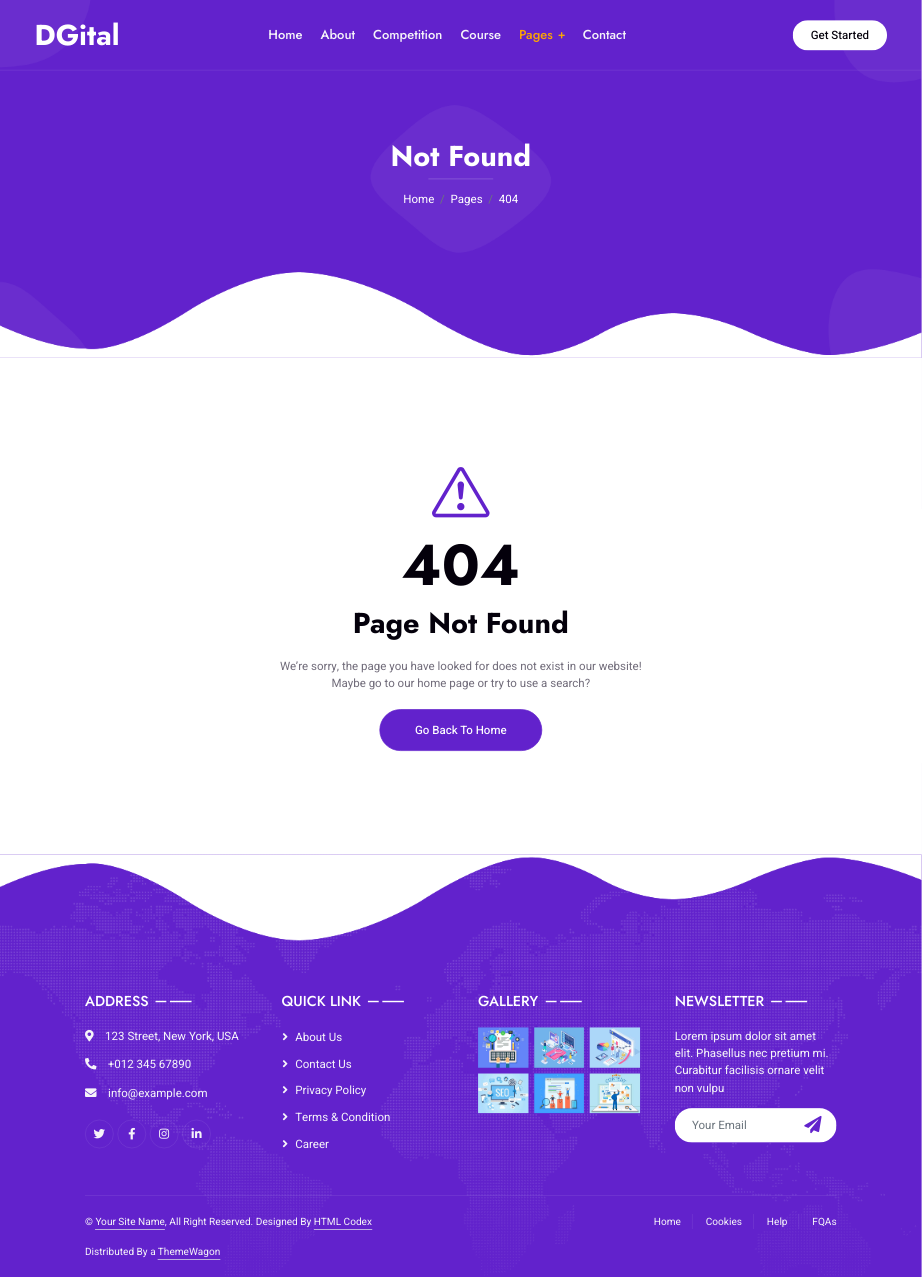
Repository: sabithaece/sab-006
Page: 404.html
An editor plug-in stored every save of this project. The page is shown before and after the next save, followed by the edit.
The browser window is 1280 px wide. The pictures show the whole page, at 72% of full size.
Some web libraries are served in a nearby version.

Above is the page before, as saved 2023-04-04 17:17:38.

### 404.html
<!DOCTYPE html>
<html lang="en">

<head>
    <meta charset="utf-8">
    <title>BigBodhi Academy HTML Template</title>
    <meta content="width=device-width, initial-scale=1.0" name="viewport">
    <meta content="" name="keywords">
    <meta content="" name="description">

    <!-- Favicon -->
    <link href="img/favicon.ico" rel="icon">

    <!-- Google Web Fonts -->
    <link rel="preconnect" href="https://fonts.googleapis.com">
    <link rel="preconnect" href="https://fonts.gstatic.com" crossorigin>
    <link href="https://fonts.googleapis.com/css2?family=Heebo:wght@400;500&family=Jost:wght@500;600;700&display=swap" rel="stylesheet">

    <!-- Icon Font Stylesheet -->
    <link href="https://cdnjs.cloudflare.com/ajax/libs/font-awesome/5.10.0/css/all.min.css" rel="stylesheet">
    <link href="https://cdn.jsdelivr.net/npm/bootstrap-icons@1.4.1/font/bootstrap-icons.css" rel="stylesheet">

    <!-- Libraries Stylesheet -->
    <link href="lib/animate/animate.min.css" rel="stylesheet">
    <link href="lib/owlcarousel/assets/owl.carousel.min.css" rel="stylesheet">
    <link href="lib/lightbox/css/lightbox.min.css" rel="stylesheet">

    <!-- Customized Bootstrap Stylesheet -->
    <link href="css/bootstrap.min.css" rel="stylesheet">

    <!-- Template Stylesheet -->
    <link href="css/style.css" rel="stylesheet">
</head>

<body>
    <div class="container-xxl bg-white p-0">
        <!-- Spinner Start -->
        <div id="spinner" class="show bg-white position-fixed translate-middle w-100 vh-100 top-50 start-50 d-flex align-items-center justify-content-center">
            <div class="spinner-grow text-primary" style="width: 3rem; height: 3rem;" role="status">
                <span class="sr-only">Loading...</span>
            </div>
        </div>
        <!-- Spinner End -->


        <!-- Navbar & Hero Start -->
        <div class="container-xxl position-relative p-0">
            <nav class="navbar navbar-expand-lg navbar-light px-4 px-lg-5 py-3 py-lg-0">
                <a href="" class="navbar-brand p-0">
                    <h1 class="m-0">DGital</h1>
                    <!-- <img src="img/logo.png" alt="Logo"> -->
                </a>
                <button class="navbar-toggler" type="button" data-bs-toggle="collapse" data-bs-target="#navbarCollapse">
                    <span class="fa fa-bars"></span>
                </button>
                <div class="collapse navbar-collapse" id="navbarCollapse">
                    <div class="navbar-nav mx-auto py-0">
                        <a href="index.html" class="nav-item nav-link">Home</a>
                        <a href="about.html" class="nav-item nav-link">About</a>
                        <a href="competition.html" class="nav-item nav-link">Competition</a>
                        <a href="course.html" class="nav-item nav-link">Course</a>
                        <div class="nav-item dropdown">
                            <a href="#" class="nav-link dropdown-toggle active" data-bs-toggle="dropdown">Pages</a>
                            <div class="dropdown-menu m-0">
                                <a href="team.html" class="dropdown-item">Our Team</a>
                                <a href="testimonial.html" class="dropdown-item">Testimonial</a>
                                <a href="404.html" class="dropdown-item active">404 Page</a>
                            </div>
                        </div>
                        <a href="contact.html" class="nav-item nav-link">Contact</a>
                    </div>
                    <a href="" class="btn rounded-pill py-2 px-4 ms-3 d-none d-lg-block">Get Started</a>
                </div>
            </nav>

            <div class="container-xxl py-5 bg-primary hero-header">
                <div class="container my-5 py-5 px-lg-5">
                    <div class="row g-5 py-5">
                        <div class="col-12 text-center">
                            <h1 class="text-white animated slideInDown">Not Found</h1>
                            <hr class="bg-white mx-auto mt-0" style="width: 90px;">
                            <nav aria-label="breadcrumb">
                                <ol class="breadcrumb justify-content-center">
                                    <li class="breadcrumb-item"><a class="text-white" href="#">Home</a></li>
                                    <li class="breadcrumb-item"><a class="text-white" href="#">Pages</a></li>
                                    <li class="breadcrumb-item text-white active" aria-current="page">404</li>
                                </ol>
                            </nav>
                        </div>
                    </div>
                </div>
            </div>
        </div>
        <!-- Navbar & Hero End -->


        <!-- 404 Start -->
        <div class="container-xxl py-5 wow fadeInUp" data-wow-delay="0.1s">
            <div class="container px-lg-5 text-center">
                <div class="row justify-content-center">
                    <div class="col-lg-6">
                        <i class="bi bi-exclamation-triangle display-1 text-primary"></i>
                        <h1 class="display-1">404</h1>
                        <h1 class="mb-4">Page Not Found</h1>
                        <p class="mb-4">We’re sorry, the page you have looked for does not exist in our website! Maybe go to our home page or try to use a search?</p>
                        <a class="btn btn-primary rounded-pill py-3 px-5" href="">Go Back To Home</a>
                    </div>
                </div>
            </div>
        </div>
        <!-- 404 End -->


        <!-- Footer Start -->
        <div class="container-fluid bg-primary text-light footer wow fadeIn" data-wow-delay="0.1s">
            <div class="container py-5 px-lg-5">
                <div class="row g-5">
                    <div class="col-md-6 col-lg-3">
                        <p class="section-title text-white h5 mb-4">Address<span></span></p>
                        <p><i class="fa fa-map-marker-alt me-3"></i>123 Street, New York, USA</p>
                        <p><i class="fa fa-phone-alt me-3"></i>+012 345 67890</p>
                        <p><i class="fa fa-envelope me-3"></i>info@example.com</p>
                        <div class="d-flex pt-2">
                            <a class="btn btn-outline-light btn-social" href=""><i class="fab fa-twitter"></i></a>
                            <a class="btn btn-outline-light btn-social" href=""><i class="fab fa-facebook-f"></i></a>
                            <a class="btn btn-outline-light btn-social" href=""><i class="fab fa-instagram"></i></a>
                            <a class="btn btn-outline-light btn-social" href=""><i class="fab fa-linkedin-in"></i></a>
                        </div>
                    </div>
                    <div class="col-md-6 col-lg-3">
                        <p class="section-title text-white h5 mb-4">Quick Link<span></span></p>
                        <a class="btn btn-link" href="">About Us</a>
                        <a class="btn btn-link" href="">Contact Us</a>
                        <a class="btn btn-link" href="">Privacy Policy</a>
                        <a class="btn btn-link" href="">Terms & Condition</a>
                        <a class="btn btn-link" href="">Career</a>
                    </div>
                    <div class="col-md-6 col-lg-3">
                        <p class="section-title text-white h5 mb-4">Gallery<span></span></p>
                        <div class="row g-2">
                            <div class="col-4">
                                <img class="img-fluid" src="img/portfolio-1.jpg" alt="Image">
                            </div>
                            <div class="col-4">
                                <img class="img-fluid" src="img/portfolio-2.jpg" alt="Image">
                            </div>
                            <div class="col-4">
                                <img class="img-fluid" src="img/portfolio-3.jpg" alt="Image">
                            </div>
                            <div class="col-4">
                                <img class="img-fluid" src="img/portfolio-4.jpg" alt="Image">
                            </div>
                            <div class="col-4">
                                <img class="img-fluid" src="img/portfolio-5.jpg" alt="Image">
                            </div>
                            <div class="col-4">
                                <img class="img-fluid" src="img/portfolio-6.jpg" alt="Image">
                            </div>
                        </div>
                    </div>
                    <div class="col-md-6 col-lg-3">
                        <p class="section-title text-white h5 mb-4">Newsletter<span></span></p>
                        <p>Lorem ipsum dolor sit amet elit. Phasellus nec pretium mi. Curabitur facilisis ornare velit non vulpu</p>
                        <div class="position-relative w-100 mt-3">
                            <input class="form-control border-0 rounded-pill w-100 ps-4 pe-5" type="text" placeholder="Your Email" style="height: 48px;">
                            <button type="button" class="btn shadow-none position-absolute top-0 end-0 mt-1 me-2"><i class="fa fa-paper-plane text-primary fs-4"></i></button>
                        </div>
                    </div>
                </div>
            </div>
            <div class="container px-lg-5">
                <div class="copyright">
                    <div class="row">
                        <div class="col-md-6 text-center text-md-start mb-3 mb-md-0">
                            &copy; <a class="border-bottom" href="#">Your Site Name</a>, All Right Reserved.

							<!--/*** This template is free as long as you keep the footer author’s credit link/attribution link/backlink. If you'd like to use the template without the footer author’s credit link/attribution link/backlink, you can purchase the Credit Removal License from "https://htmlcodex.com/credit-removal". Thank you for your support. ***/-->
							Designed By <a class="border-bottom" href="https://htmlcodex.com">HTML Codex</a><br><br>
                            Distributed By a <a class="border-bottom" href="https://themewagon.com" target="_blank">ThemeWagon</a>
                        </div>
                        <div class="col-md-6 text-center text-md-end">
                            <div class="footer-menu">
                                <a href="">Home</a>
                                <a href="">Cookies</a>
                                <a href="">Help</a>
                                <a href="">FQAs</a>
                            </div>
                        </div>
                    </div>
                </div>
            </div>
        </div>
        <!-- Footer End -->


        <!-- Back to Top -->
        <a href="#" class="btn btn-lg btn-secondary btn-lg-square back-to-top"><i class="bi bi-arrow-up"></i></a>
    </div>

    <!-- JavaScript Libraries -->
    <script src="https://code.jquery.com/jquery-3.4.1.min.js"></script>
    <script src="https://cdn.jsdelivr.net/npm/bootstrap@5.0.0/dist/js/bootstrap.bundle.min.js"></script>
    <script src="lib/wow/wow.min.js"></script>
    <script src="lib/easing/easing.min.js"></script>
    <script src="lib/waypoints/waypoints.min.js"></script>
    <script src="lib/counterup/counterup.min.js"></script>
    <script src="lib/owlcarousel/owl.carousel.min.js"></script>
    <script src="lib/isotope/isotope.pkgd.min.js"></script>
    <script src="lib/lightbox/js/lightbox.min.js"></script>

    <!-- Template Javascript -->
    <script src="js/main.js"></script>
</body>

</html>

Loaded but not shown: lib/animate/animate.min.css (library); lib/owlcarousel/assets/owl.carousel.min.css (common file); lib/lightbox/css/lightbox.min.css (common file); css/bootstrap.min.css (library); lib/wow/wow.min.js (library); lib/easing/easing.min.js (common file); lib/waypoints/waypoints.min.js (library); lib/counterup/counterup.min.js (common file); lib/owlcarousel/owl.carousel.min.js (library); lib/isotope/isotope.pkgd.min.js (library); lib/lightbox/js/lightbox.min.js (library); js/main.js (93 lines, source omitted); css/style.css (591 lines, source omitted)

After the next save:
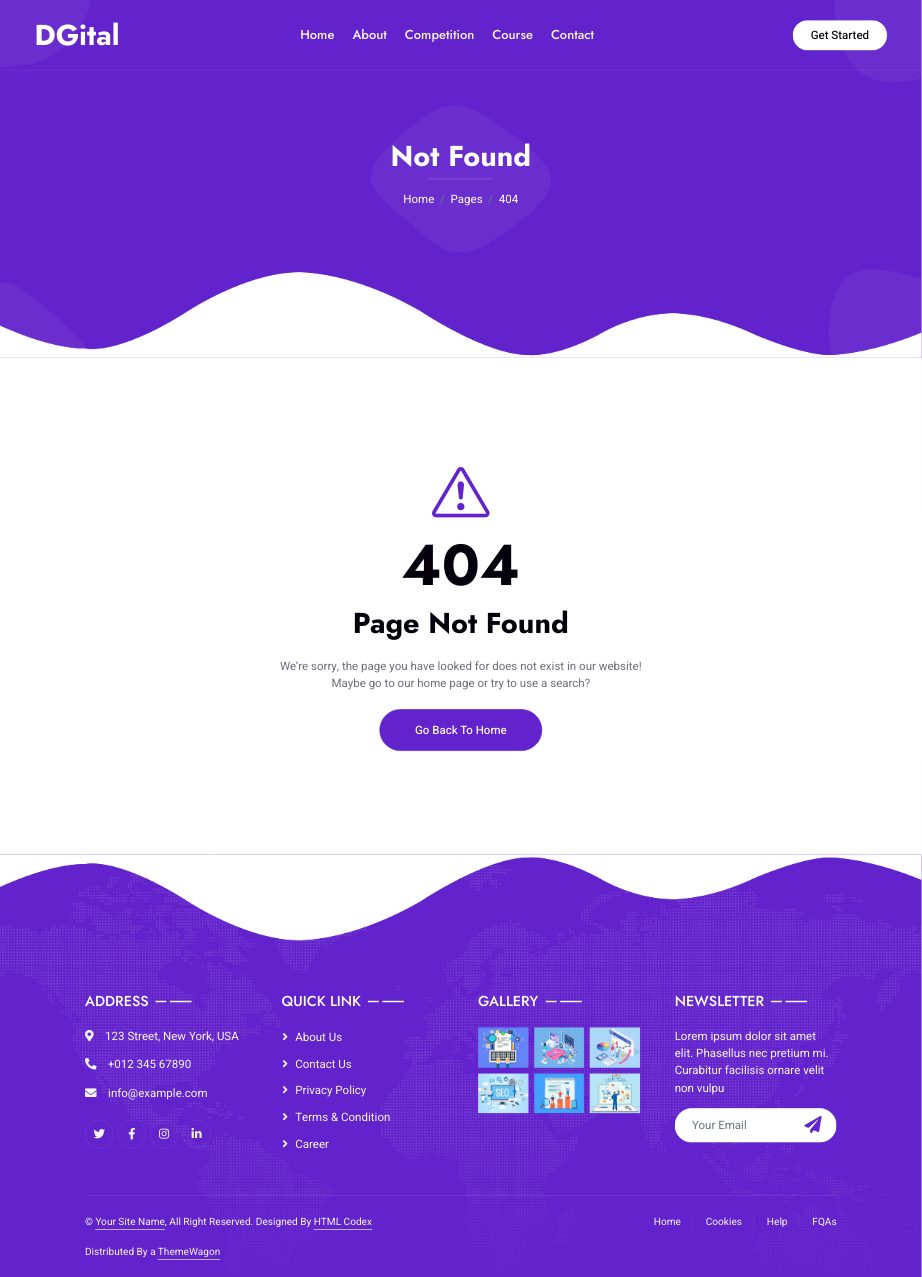
Saved 27 s later.
--- a/404.html
+++ b/404.html
@@ -59,14 +59,14 @@
                         <a href="about.html" class="nav-item nav-link">About</a>
                         <a href="competition.html" class="nav-item nav-link">Competition</a>
                         <a href="course.html" class="nav-item nav-link">Course</a>
-                        <div class="nav-item dropdown">
+                        <!--div class="nav-item dropdown">
                             <a href="#" class="nav-link dropdown-toggle active" data-bs-toggle="dropdown">Pages</a>
                             <div class="dropdown-menu m-0">
                                 <a href="team.html" class="dropdown-item">Our Team</a>
                                 <a href="testimonial.html" class="dropdown-item">Testimonial</a>
                                 <a href="404.html" class="dropdown-item active">404 Page</a>
                             </div>
-                        </div>
+                        </div-->
                         <a href="contact.html" class="nav-item nav-link">Contact</a>
                     </div>
                     <a href="" class="btn rounded-pill py-2 px-4 ms-3 d-none d-lg-block">Get Started</a>
